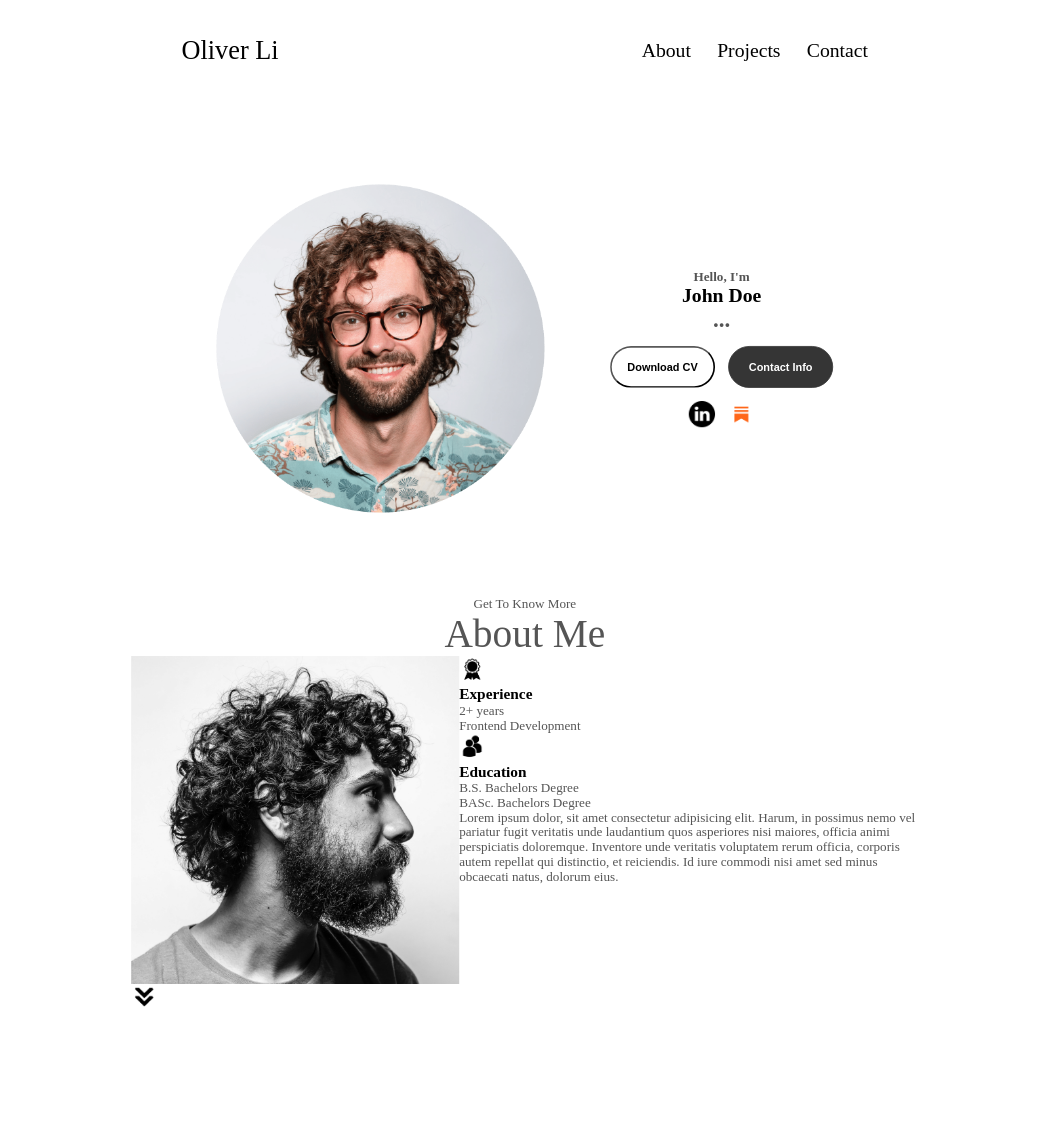
Repository: oliverli1728/portfolio
Page: index.html
An editor plug-in stored every save of this project. The page is shown before and after the next save, followed by the edit.
The browser window is 1280 px wide. The pictures show the whole page, at 82% of full size.
Some web fonts or font styles are not loaded; a fallback is used.

Above is the page before, as saved 2025-09-25 21:56:19.

After the next save:
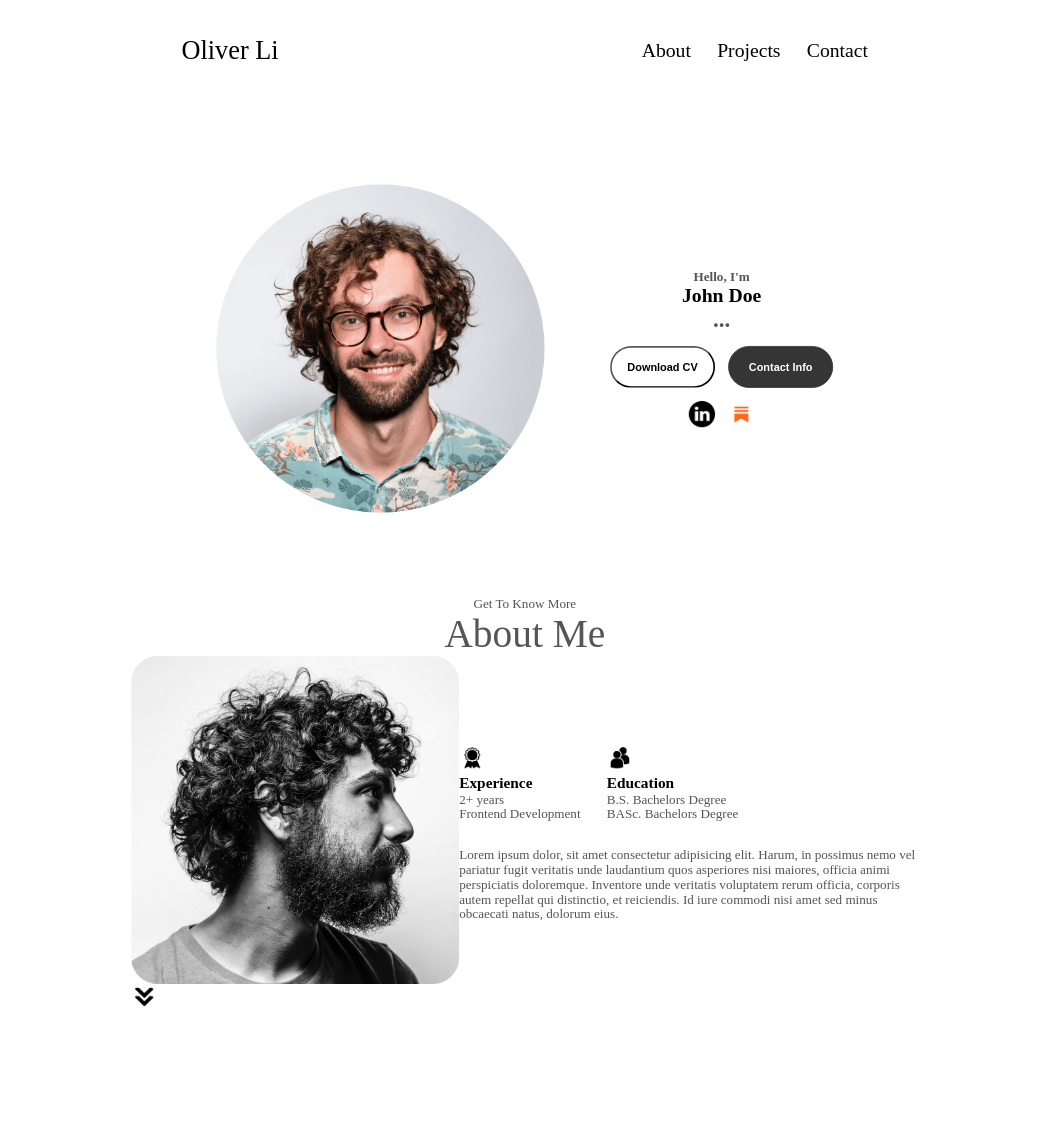
Saved 2 min 26 s later.
--- a/style.css
+++ b/style.css
@@ -265,3 +265,32 @@ section {
 .btn-container {
     gap: 1rem;
 }
+
+/* ABOUT SECTION */
+
+#about {
+    position: relative;
+}
+
+.about-containers {
+    gap: 2rem;
+    margin-bottom: 2rem;
+    margin-top: 2rem;
+}
+
+.about-details-container {
+    justify-content: center;
+    flex-direction: column;
+}
+
+.about-containers, .about-details-container {
+    display: flex;
+}
+
+.about-pic {
+    border-radius: 2rem;
+}
+
+.arrow {
+    position: absolute;
+}
